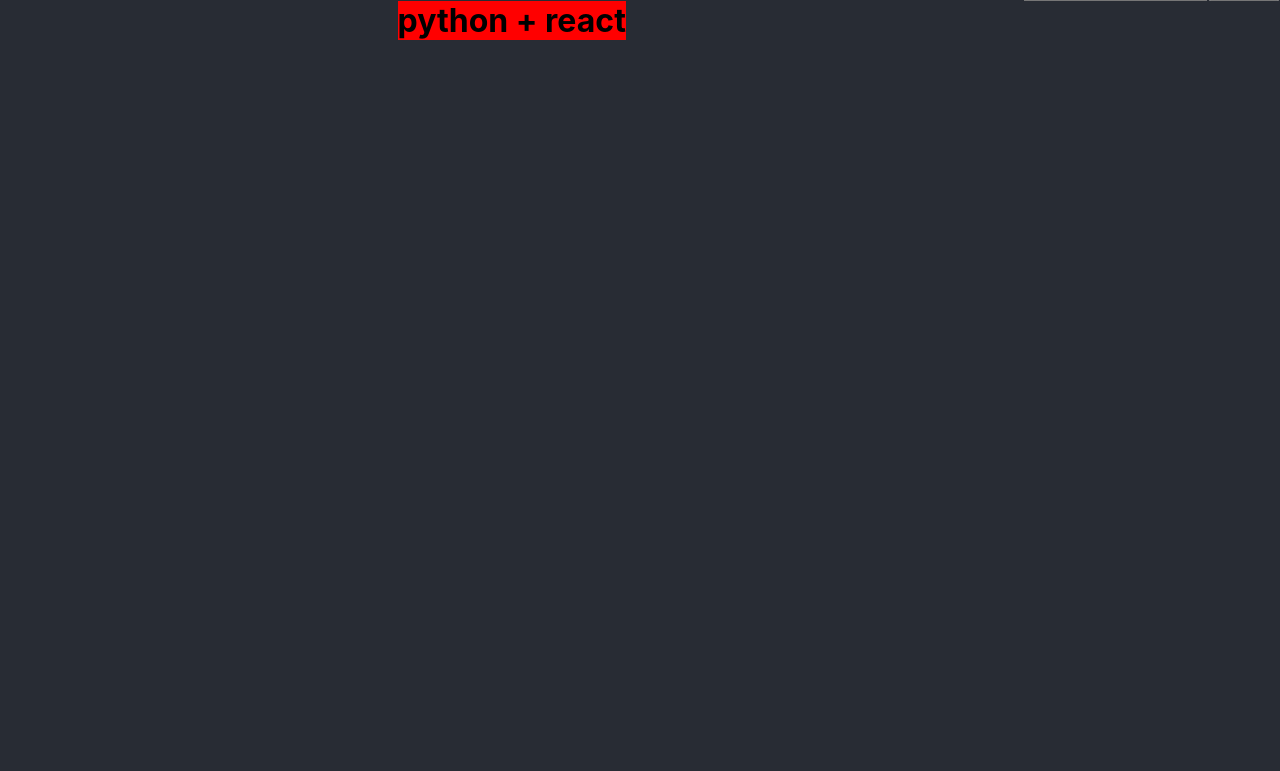
Repository: TMuse333/react-python
Page: / (app in client/)
These files come from the project's save history. The page is drawn as it stood at one moment and after the next save; the edit follows.
The browser window is 1280 px wide. The pictures show the whole page.
The page's requests for data from a server got no answer. The project was rebuilt for these pictures with package versions that can differ from the ones it lists, and the page was loaded fresh each time. No one was signed in, and anything a server would have sent is missing.

Above is the page before, as saved 2023-11-10 17:11:26.

### client/src/App.jsx
// App.jsx
import './App.css';
import React, { useState, useEffect } from 'react';
import Calculator from './components/Calculator'; // Import the Calculator component

function App() {
  const [data, setData] = useState({});
  const [result, setResult] = useState(null);

  useEffect(() => {
    fetch("/members")
      .then((res) => res.json())
      .then((data) => {
        setData(data);
        console.log(data);
      });
  }, []);

  const handleCalculate = (expression) => {
    // Assuming the expression contains two numbers separated by a comma
    const [value1, value2] = expression.split(",").map(Number);

    // Update the result state with the two numbers
    setResult({ value1, value2 });
  };

  return (
    <div className='bg'>


     <h1 className='banner'>python + react</h1>



      <Calculator onCalculate={handleCalculate} result={result} />
    </div>
  );
}

export default App;

### client/src/App.css


.bg{
  background-color: #282c34;
  height: 110vh;
  margin-top:-1.3rem;
  display: flex;

  width: 100vw;

}

.banner{
  background-color: red;
 width: max-content;
 height: min-content;
 margin-left: auto;
 margin-right: auto;




}

### client/src/components/Calculator.jsx
// Calculator.jsx
import React, { useState } from 'react';

const Calculator = ({ onCalculate, result }) => {
  const [expression, setExpression] = useState("");

  const handleCalculate = () => {
    onCalculate(expression);
  };

  return (
    <div>
      <input
        type="text"
        value={expression}
        onChange={(e) => setExpression(e.target.value)}
      />
      <button onClick={handleCalculate}>Calculate</button>

      {result && (
        <div>
          <p>The two numbers you entered are:</p>
          <p>{result.value1}</p>
          <p>{result.value2}</p>
        </div>
      )}
    </div>
  );
};

export default Calculator;

Loaded but not shown: client/public/index.html (common file); client/src/index.js (common file); client/src/index.css (common file); client/src/reportWebVitals.js (common file)

After the next save:
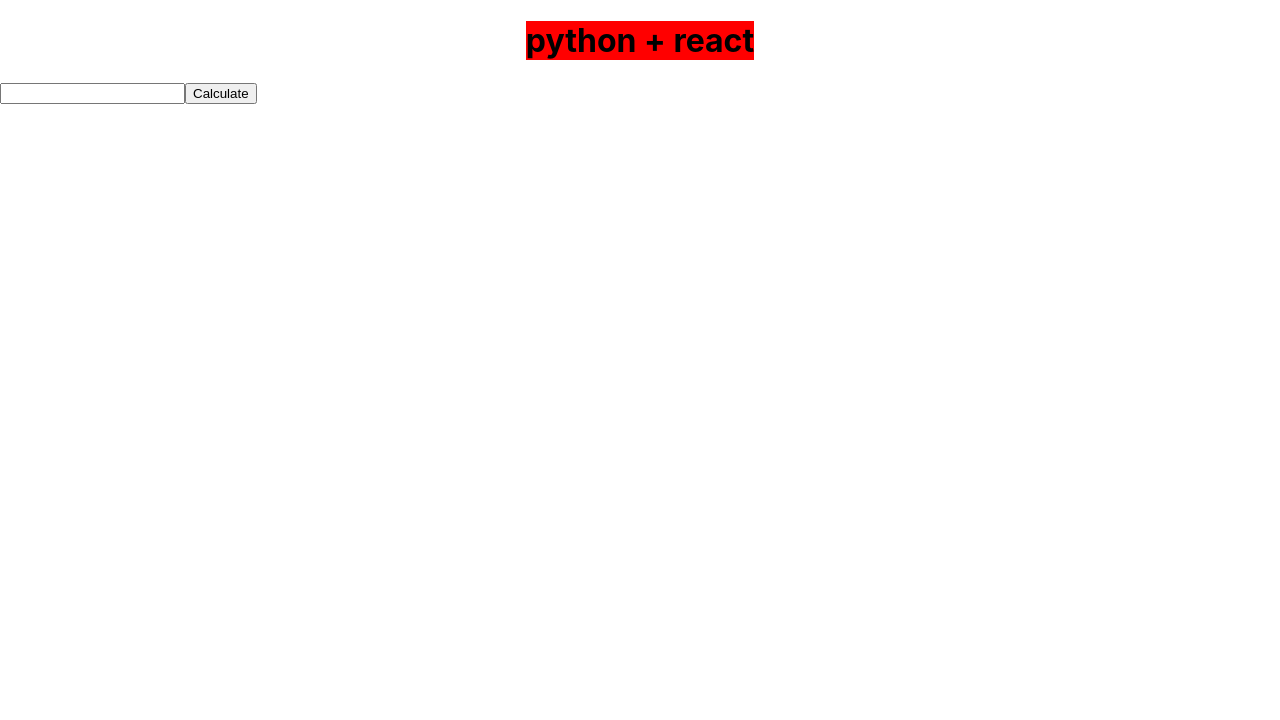
Saved 8 s later.
--- a/client/src/App.css
+++ b/client/src/App.css
@@ -1,12 +1,12 @@
 
 
 .bg{
-  background-color: #282c34;
+  /* background-color: #282c34;
   height: 110vh;
   margin-top:-1.3rem;
   display: flex;
 
-  width: 100vw;
+  width: 100vw; */
 
 }
 

After the save that followed:
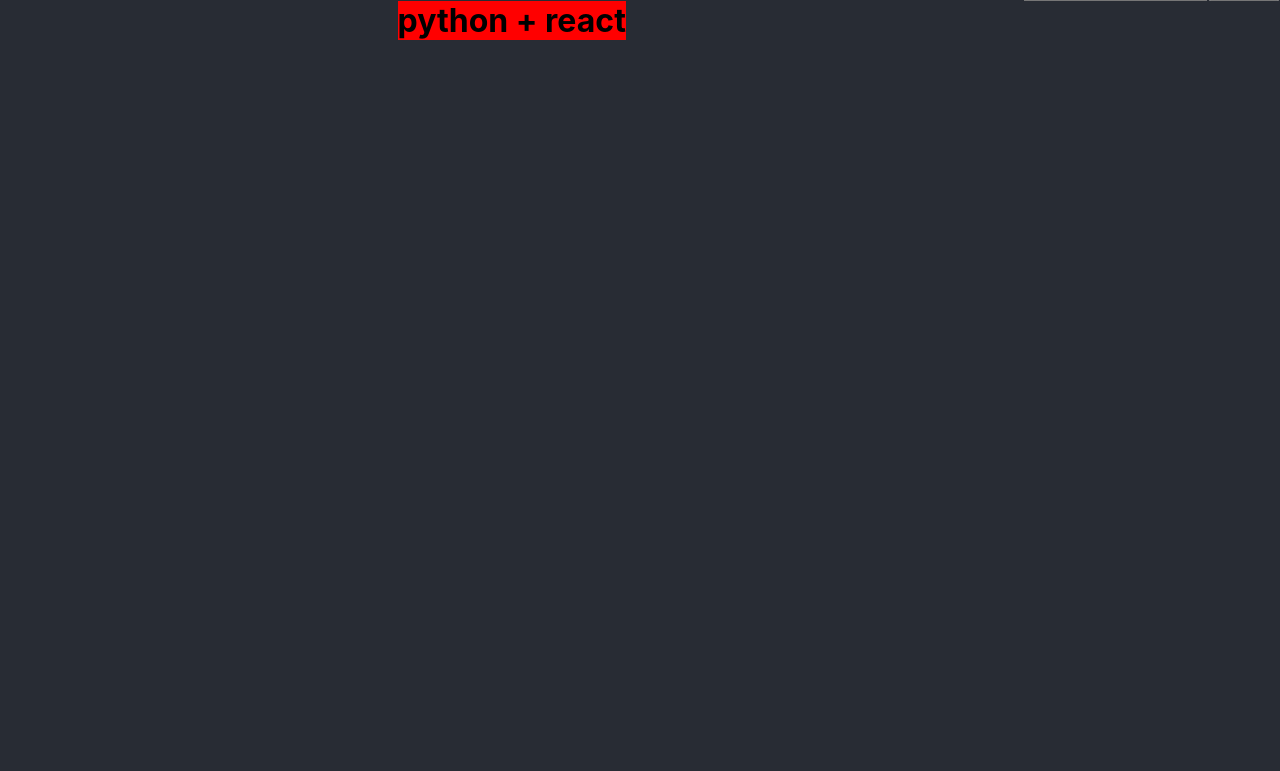
Saved 15 s later.
--- a/client/src/App.css
+++ b/client/src/App.css
@@ -1,12 +1,12 @@
 
 
 .bg{
-  /* background-color: #282c34;
+  background-color: #282c34;
   height: 110vh;
   margin-top:-1.3rem;
   display: flex;
 
-  width: 100vw; */
+  width: 100vw;
 
 }
 
